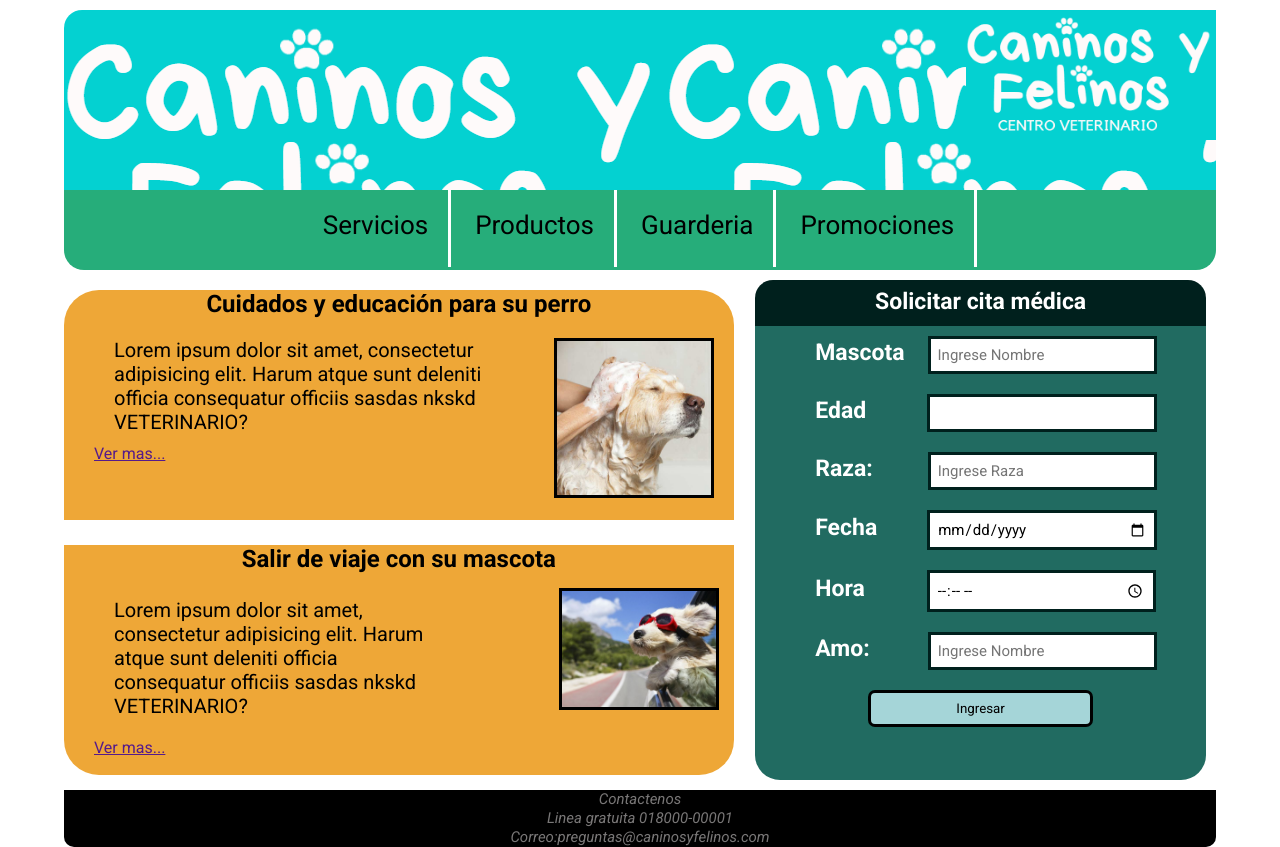
Repository: NickArregoces/Veterinaria
Page: Index.html
The author's editor kept a copy of each file at every save. The page is drawn from the files as they stood at one save, then again after the next save.
The browser window is 1280 px wide. The pictures show the whole page.

Above is the page before, as saved 2021-10-08 19:14:30.

### Index.html
<!DOCTYPE html>
<html lang="en">
<head>
    <meta charset="UTF-8">
    <meta http-equiv="X-UA-Compatible" content="IE=edge">
    <meta name="viewport" content="width=device-width, initial-scale=1.0">
    <title>Canicos y felinos</title>
    <link rel="stylesheet" href="/CSS/Style.css">
    <link href="https://fonts.googleapis.com/css2?family=Roboto:ital,wght@0,100;0,300;0,400;0,500;0,700;0,900;1,100;1,300;1,400;1,500;1,700;1,900&display=swap" rel="stylesheet">
    <link rel="preconnect" href="https://fonts.googleapis.com">
    <link rel="preconnect" href="https://fonts.gstatic.com" crossorigin>
    <link href="https://fonts.googleapis.com/css2?family=Abril+Fatface&display=swap" rel="stylesheet">

</head>
<body>
    <div id="head">
        <header>
            <div class="image">
                <img src="/Images/logo.png" alt="logo">

        </header>

        <div class="navegador">
            <ul class="menu">
                <li><a href="#">Servicios</a></li>
                <li><a href="#">Productos</a></li>
                <li><a href="#">Guarderia</a></li>
                <li><a href="#">Promociones</a></li>
            </ul>
        </div>

    </div>
        <div id="Contenido">
            <div class="section">

                <form action="" class="cita">
                    <h3 style="color: rgb(255, 255, 255);">Solicitar cita médica</h3>
                        <div class="Mascota">
                            <h4>Mascota<input type="text" placeholder="Ingrese Nombre" required></h4>
                        </div>

                        <div class="Edad">
                            <h4>Edad<input type="number" required></h4>
                        </div>

                        <div class="Raza">
                            <h4>Raza:<input type="text" placeholder="Ingrese Raza" required></h4>
                        </div>
                        <div class="Fecha">
                            <h4>Fecha<input type="date" placeholder="" required></h4>
                        </div>

                        <div class="Hora">
                            <h4>Hora<input type="time" required></h4>
                        </div>

                        <div class="Amo">
                            <h4>Amo:<input type="text" placeholder="Ingrese Nombre" required></h4>
                        </div>

                    <div class="button">
                        <button class="sumbit"> Ingresar </button>
                    </div>

                </form>
            </div>

            <div id="Cuadros">
                <aside>
                    <div class="Cuidados">
                        <h2 style="color: rgb(0, 0, 0);">Cuidados y educación para su perro</h2>

                        <div id="Prueba">
                            <img id="Prubea" src="/Images/credit.png" alt="">


                            <p>Lorem ipsum dolor sit amet, consectetur adipisicing elit.
                                Harum atque sunt deleniti officia consequatur officiis
                                sasdas nkskd VETERINARIO?</p>

                            <div class="vinculo"><a href="">Ver mas...</a></div>
                        </div>

                    </div>

                    <div class="Viajes">
                        <h2 style="color: rgb(0, 0, 0);">Salir de viaje con su mascota</h2>

                        <div id="Prueba">
                            <img id="Prubea" src="/Images/Wallpaper(80).jpg" alt="">

                            <p>Lorem ipsum dolor sit amet, consectetur adipisicing elit.
                            Harum atque sunt deleniti officia consequatur officiis
                            sasdas nkskd VETERINARIO?</p>

                            <div class="vinculo1"><a href="">Ver mas...</a></div>
                        </div>
                    </div>
                </aside>
            </div>

            <div>
                <footer>
                        <p>Contactenos</p>
                        <p>Linea gratuita 018000-00001</p>
                        <p>Correo:preguntas@caninosyfelinos.com</p>
                </footer>
            </div>
        </div>

</body>
</html>

### CSS/Style.css

*{
    margin: 0 auto;
    padding: 0px;
    list-style:none;
    font-family: 'Roboto', sans-serif;
}
body{
    font-family: Arial, Helvetica, sans-serif;
    background: rgb(255, 255, 255);
    width: 90%;
    color: rgb(0, 0, 0);
}
header{
    width: 100%;
    margin-top: 10px;
    background-image: url(/Images/logo.png);
    border-top-left-radius:  18px;
    border-top-right-radius:  18px;
    height: 180px;
}
    img{
        float: right;
        width: 250px;
    }
    .title{
        float: right;
        width: 60%;
        margin-top: 20px;
    }
    header h1{
        font-family: 'Abril Fatface', cursive;
        font-size: 85px;
        text-align: center;
        line-height: 60px;
        display: block;
        color: black;
    }
    header h3{
        font-size: 20px;
        text-align: center;
    }
div.navegador{
    text-align: center;
}
    ul.menu{
        border-bottom-left-radius: 20px 20px;
        border-bottom-right-radius: 20px 20px;
        background: rgb(38, 173, 122);
        height: 80px;
        list-style: none;
        padding: 0;
        max-width: 10000px;
    }
    .menu li a{
        height: 37px;
        font-size: 26px;
        margin-right: 1px;
        text-decoration: none;
        color:black;
        padding: 20px;
        display: table-cell;
    }
    .menu li {
        border-right: solid white;
        display: inline-block;
        }
    .menu li a:hover{
        background: #242323b6;
        color: white;
        }

.section{
    width: 40%;
    float: right;
}
     form{
        background: rgb(33, 107, 97);
        border-radius: 25px;
        margin-top: 10px;
        margin-right:10px;
        margin-bottom: 10px;
        height: 500px;
    }
        form h3{
            font-size: 23px;
            text-align: center;
            background: rgb(0, 32, 29);
            height: 30px;
            padding: 8px;
            border-top-left-radius: 18px;
            border-top-right-radius: 18px;
        }
        form h4{
            font-size: 23px;
            padding: 10px;
            margin-left: 50px;
            color: rgb(255, 255, 255);

        }
        form input{
            font-size: 15px;
            width: 55%;
            padding: 7px;
            display: inline;
            border: solid rgb(0, 32, 29);
            margin-left: 10px;
        }
        div.Mascota input {
            margin-left: 23px;
        }
        div.Edad input {
            margin-left: 61px;
        }
        div.Raza input {
            margin-left: 55px;
        }
        div.Fecha input {
            margin-left: 50px;
        }
        div.Hora input {
            margin-left: 62px;
        }
        div.Amo input {
            margin-left: 58px;
        }
        div.button{
            margin-top: 10px;
            margin: auto;
            text-align: center;
            width: 50%;
            cursor: pointer;
        }
        button{
            margin-top: 10px;
            width: 100%;
            padding: 8px;
            background:#A5D5D8;
            border-radius: 7px;
            border: solid black;
            cursor: pointer;

        }
        button:hover{
            background: #000000b6;
            color: rgb(255, 255, 255);
        }
aside{
    width: 59%;
    height: 500px;
    margin-top: 10px;
    float: left;
    margin-bottom: 10px;
}
    div.Cuidados{
        height: 230px;
        border-top-left-radius: 35px;
        border-top-right-radius: 35px;
        margin-top: 10px;
        margin-right: 10px;
        background:#EEA737;
        overflow:hidden;
    }
    /*Centrado Imagenes aside*/
    #Prueba{
        float: right;
    }
        div.Cuidados h2{
            text-align: center;
        }
        div.Cuidados img {
            margin: 20px;
            width: 23%;
            border: solid black;
        }
        /*Efecto Imagenes aside*/
        div.Cuidados img:hover{
            -webkit-transform:scale(0.9);
            transform:scale(0.9);
        }
        div.Cuidados p{
            font-size: 20px;
            margin-top: 20px;
            margin-left: 50px;
            width: 60%;
            display: inline-block;
        }
        div.Cuidados a{
            position: absolute;
            margin-left: 30px;
            margin-top: 10px;
        }

    div.Viajes {
        height: 230px;
        border-bottom-right-radius: 35px;
        border-bottom-left-radius: 35px;
        margin-top: 25px;
        margin-right: 10px;
        background: #EEA737;
        overflow: hidden;
    }
        div.Viajes h2{
            text-align: center;
        }
        div.Viajes img {
            width: 23%;
            margin: 15px;
            border: solid black;
        }
        div.Viajes p{
            font-size: 20px;
            margin-top: 25px;
            margin-left: 50px;
            width: 50%;
            display: inline-block;
        }
        div.vinculo1 a{
            position: absolute;
            margin-left: 30px;
            margin-top: 20px;
        }

footer{
    background: black;
    clear: both;
    border-bottom-left-radius: 10px;
    border-bottom-right-radius: 10px;
}
    footer p{
        font-size: 15px;
        text-align: center;
        line-height: 15px;
        color: rgb(121, 119, 119);
        font-style:italic;
        padding: 2px;
    }

After the next save:
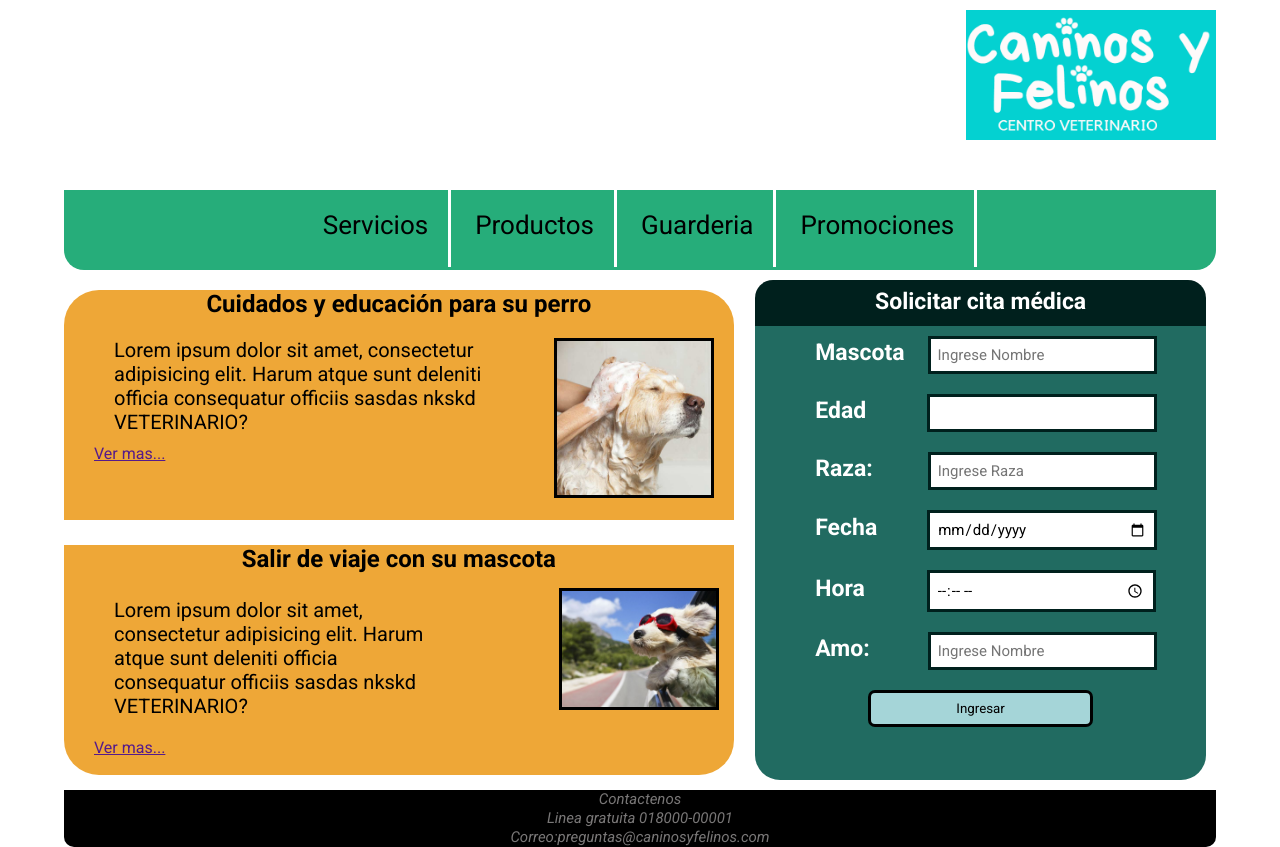
Saved 36 s later.
--- a/CSS/Style.css
+++ b/CSS/Style.css
@@ -14,7 +14,6 @@ body{
 header{
     width: 100%;
     margin-top: 10px;
-    background-image: url(/Images/logo.png);
     border-top-left-radius:  18px;
     border-top-right-radius:  18px;
     height: 180px;
